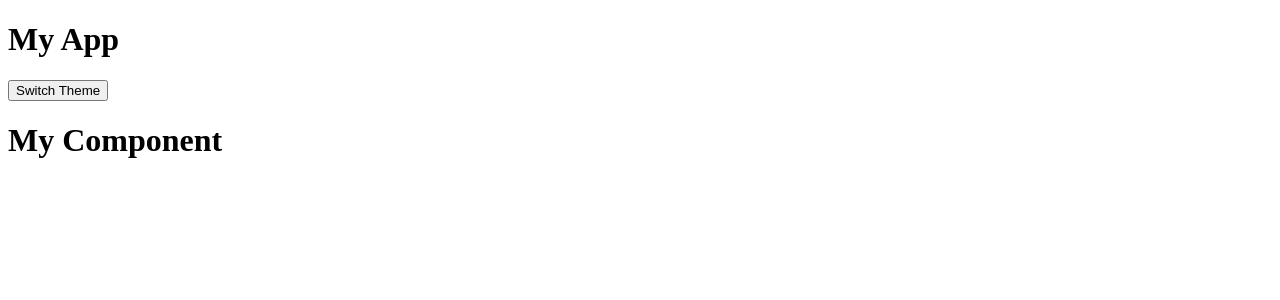
Repository: halilgoksu/js-react-theme
Page: /
The author's editor kept a copy of each file at every save. The page is drawn from the files as they stood at one save, then again after the next save.
The browser window is 1280 px wide. The pictures show the whole page.
The project was rebuilt for these pictures with package versions that can differ from the ones it lists, and the page was loaded fresh each time. Also part of the build but not shown: src/index.css, src/App.css. Imported but missing from the stored project, and not drawn on this page: src/reportWebVitals.

Above is the page before, as saved 2023-01-18 21:51:53.

After the next save:
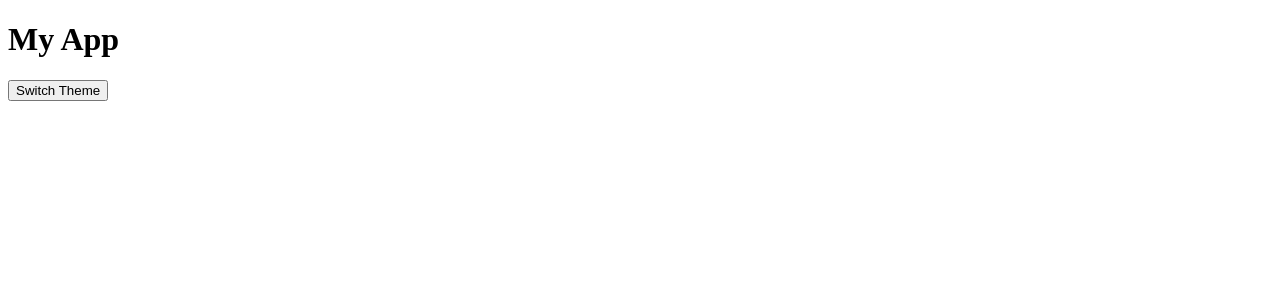
Saved 52 s later.
--- a/src/MyComponent.js
+++ b/src/MyComponent.js
@@ -8,7 +8,6 @@ function MyComponent() {
     <div>
         <button onClick={switchTheme}>Switch Theme</button>
         <div style={{ backgroundColor: currentTheme.primaryColor }}>
-          <h1>My Component</h1>
         </div>
     </div>
   );
